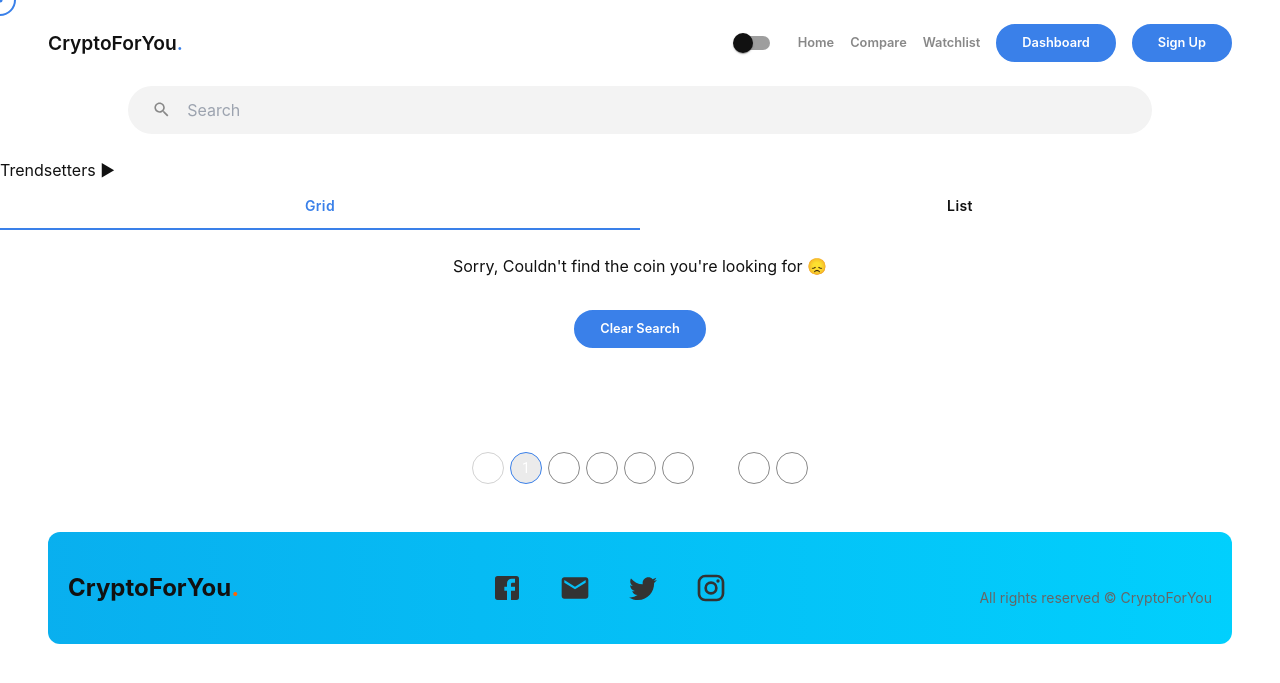
Repository: Pran2535/Prince
Page: /dashboard
The author's editor kept a copy of each file at every save. The page is drawn from the files as they stood at one save, then again after the next save.
The browser window is 1280 px wide. The pictures show the whole page.
The page's requests for data from a server got no answer. The project was rebuilt for these pictures with package versions that can differ from the ones it lists, and the page was loaded fresh each time. No one was signed in, and anything a server would have sent is missing. Also part of the build but not shown: src/components/CoinPage/Info/styles.css, src/components/CoinPage/Info/index.js, src/components/CoinPage/LineChart/index.js, src/components/CoinPage/SelectDays/styles.css, src/components/CoinPage/SelectDays/index.js, src/components/CoinPage/ToggleComponent/index.js, src/components/Common/Loader/styles.css, src/components/Dashboard/List/styles.css and 21 more. Imported but missing from the stored project, and not drawn on this page: src/components/Dashboard/Tabs/TrendSetter.

Above is the page before, as saved 2024-06-24 08:41:16.

### src/index.css
@tailwind base;
@tailwind components;
@tailwind utilities;

@import url("https://fonts.googleapis.com/css2?family=Inter:wght@100;200;300;500;600;700&display=swap");

:root {
  --white: #fff;
  --black: #111;
  --blue: #3a80e9;
  --grey: #888;
  --darkgrey: #1b1b1b;
  --green: #61c96f;
  --red: #f94141;
}

[data-theme="dark"] {
  --white: #ffffff;
  --black: #111;
  --grey: #888;
  --darkgrey: #1b1b1b;
}

[data-theme="light"] {
  --white: #111;
  --black: #fff;
  --grey: #888;
  --darkgrey: #f3f3f3;
}

html {
  scroll-behavior: smooth;
}

body {
  margin: 0;
  font-family: "Inter", sans-serif;
  -webkit-font-smoothing: antialiased;
  -moz-osx-font-smoothing: grayscale;
  background-color: var(--black);

  overflow-x: hidden;
}

h1,
h2,
h3,
h4,
h5,
h6,
p,
span {
  color: var(--white);
}

::selection {
  background-color: var(--blue);
  color: var(--white);
}

::-webkit-scrollbar {
  width: 0.3rem;
}

::-webkit-scrollbar-track {
  background-color: var(--black);
}

::-webkit-scrollbar-thumb {
  background: var(--blue);
  border-radius: 10px;
}

img {
  -webkit-user-drag: none;
  -khtml-user-drag: none;
  -moz-user-drag: none;
  -o-user-drag: none;
}

a {
  text-decoration: none;
  color: var(--white) !important;
}

.cursor {
  position: fixed;
  transform: translateX(-50%) translateY(-50%);
  pointer-events: none;
  background-color: var(--blue);
  z-index: 10000;
  border: 2px solid var(--blue);
  height: 0.3rem;
  width: 0.3rem;
  border-radius: 50%;
  transition: all 200ms ease-out;
}

.cursor-pointer {
  position: fixed;
  transform: translateX(-50%) translateY(-50%);
  pointer-events: none;
  background-color: transparent;
  border-radius: 50%;
  z-index: 10000;
  border: 2px solid var(--blue);
  height: 2rem;
  width: 2rem;
  transition: all 400ms ease-out;
}

@media only screen and (max-width: 600px) {
  .cursor-pointer,
  .cursor {
    display: none;
  }
}

### src/App.js
import { createTheme, ThemeProvider } from "@mui/material";
import { BrowserRouter, Route, Routes } from "react-router-dom";
import "./App.css";
import Coin from "./pages/Coin";
import Compare from "./pages/Compare";
import Dashboard from "./pages/Dashboard";
import Home from "./pages/Home";
import Watchlist from "./pages/Watchlist";
import { ToastContainer, toast } from "react-toastify";
import "react-toastify/dist/ReactToastify.css";
import { useEffect } from "react";
import Signup from "./pages/Signup";

function App() {
  const theme = createTheme({
    palette: {
      primary: {
        main: "#3a80e9",
      },
    },
  });

  var cursor;
  var cursorPointer;

  useEffect(() => {
    cursor = document.getElementById("cursor");
    cursorPointer = document.getElementById("cursor-pointer");

    document.body.addEventListener("mousemove", function (e) {
      return (
        (cursor.style.left = e.clientX + "px"),
        (cursor.style.top = e.clientY + "px"),
        (cursorPointer.style.left = e.clientX + "px"),
        (cursorPointer.style.top = e.clientY + "px")
      );
    });

    document.body.addEventListener("mousedown", function (e) {
      return (
        (cursor.style.height = "0.5rem"),
        (cursor.style.width = "0.5rem"),
        (cursorPointer.style.height = "3rem"),
        (cursorPointer.style.width = "3rem")
      );
    });

    document.body.addEventListener("mouseup", function (e) {
      return (
        (cursor.style.height = "0.3rem"),
        (cursor.style.width = "0.3rem"),
        (cursorPointer.style.height = "2rem"),
        (cursorPointer.style.width = "2rem")
      );
    });
  }, []);

  return (
    <div className="App">
      <div className="cursor" id="cursor" />
      <div className="cursor-pointer" id="cursor-pointer" />
      <ToastContainer />
      <ThemeProvider theme={theme}>
        <BrowserRouter>
          <Routes>
            <Route path="/" element={<Home />} />
            <Route path="/dashboard" element={<Dashboard />} />
            <Route path="/coin/:id" element={<Coin />} />
            <Route path="/compare" element={<Compare />} />
            <Route path="/watchlist" element={<Watchlist />} />
            <Route path="/signup" element={<Signup />} />
          </Routes>
        </BrowserRouter>
      </ThemeProvider>
    </div>
  );
}

export default App;

### src/pages/Dashboard.js
import React, { useEffect, useState } from "react";
import axios from "axios";
import Header from "../components/Common/Header";
import Loader from "../components/Common/Loader";
import Search from "../components/Dashboard/Search";
import TabsComponent from "../components/Dashboard/Tabs";
import PaginationComponent from "../components/Dashboard/Pagination";
import TopButton from "../components/Common/TopButton";
import Footer from "../components/Common/Footer/footer";
import TrendSetter from "../components/Dashboard/TrendSetter";

function Dashboard() {
  const [coins, setCoins] = useState([]);
  const [loading, setLoading] = useState(false);
  const [search, setSearch] = useState("");
  const [page, setPage] = useState(1);
  const [paginatedCoins, setPaginatedCoins] = useState([]);
  const [bitcoin, setBitcoin] = useState(null);
  const [ethereum, setEthereum] = useState(null);
  const [solana, setSolana] = useState(null);

  useEffect(() => {
    getData();
  }, []);

  const getData = () => {
    setLoading(true);
    axios
      .get(
        "https://api.coingecko.com/api/v3/coins/markets?vs_currency=usd&order=market_cap_desc&per_page=100&page=1&sparkline=false"
      )
      .then((response) => {
        console.log("RESPONSE>>>", response.data);
        setCoins(response.data);
        setPaginatedCoins(response.data.slice(0, 10));

        // Filter out Bitcoin, Ethereum, and Solana
        const btc = response.data.find((coin) => coin.symbol === "btc");
        const eth = response.data.find((coin) => coin.symbol === "eth");
        const sol = response.data.find((coin) => coin.symbol === "sol");
        setBitcoin(btc);
        setEthereum(eth);
        setSolana(sol);

        setLoading(false);
      })
      .catch((error) => {
        console.log("ERROR>>>", error.message);
        setLoading(false);
      });
  };

  const handleChange = (e) => {
    setSearch(e.target.value);
    console.log(e.target.value);
  };

  const filteredCoins = coins.filter(
    (coin) =>
      coin.name.toLowerCase().includes(search.trim().toLowerCase()) ||
      coin.symbol.toLowerCase().includes(search.trim().toLowerCase())
  );

  const handlePageChange = (event, value) => {
    setPage(value);
    // Value = new page number
    var initialCount = (value - 1) * 10;
    setPaginatedCoins(coins.slice(initialCount, initialCount + 10));
  };

  return (
    <>
      <Header />
      {loading ? (
        <Loader />
      ) : (
        <>
          <Search search={search} handleChange={handleChange} />
          <TrendSetter bitcoin={bitcoin} ethereum={ethereum} solana={solana} />
          <TabsComponent
            coins={search ? filteredCoins : paginatedCoins}
            setSearch={setSearch}
          />
          {!search && (
            <PaginationComponent
              page={page}
              handlePageChange={handlePageChange}
            />
          )}
        </>
      )}
      <TopButton />
      <Footer />
    </>
  );
}

export default Dashboard;

### src/components/Common/Header/index.js
import React, { useEffect, useState } from "react";
import Button from "../Button";
import TemporaryDrawer from "./drawer";
import "./styles.css";
import Switch from "@mui/material/Switch";
import { toast } from "react-toastify";

function Header() {
  const [darkMode, setDarkMode] = useState(
    localStorage.getItem("theme") === "dark"
  );

  useEffect(() => {
    if (localStorage.getItem("theme") === "dark") {
      setDark();
    } else {
      setLight();
    }
  }, []);

  const changeMode = () => {
    if (localStorage.getItem("theme") !== "dark") {
      setDark();
    } else {
      setLight();
    }
    setDarkMode(!darkMode);
    toast.success("Theme Changed!");
  };

  const setDark = () => {
    localStorage.setItem("theme", "dark");
    document.documentElement.setAttribute("data-theme", "dark");
  };

  const setLight = () => {
    localStorage.setItem("theme", "light");
    document.documentElement.setAttribute("data-theme", "light");
  };

  return (
    <div className="header">
      <h1>
        CryptoForYou<span style={{ color: "var(--blue)" }}>.</span>
      </h1>
      <div className="links">
        <Switch checked={darkMode} onClick={changeMode} />
        <a href="/">
          <p className="link">Home</p>
        </a>
        <a href="/compare">
          <p className="link">Compare</p>
        </a>
        <a href="/watchlist">
          <p className="link">Watchlist</p>
        </a>
        <a href="/dashboard">
          <Button text={"Dashboard"} />
        </a>
        {/* Adding the sign-up button */}
        <a href="/signup">
          <Button text={"Sign Up"} />
        </a>
      </div>
      <div className="drawer-component">
        <TemporaryDrawer />
      </div>
    </div>
  );
}

export default Header;

### src/components/Dashboard/Tabs/index.js
import * as React from "react";
import Tab from "@mui/material/Tab";
import TabContext from "@mui/lab/TabContext";
import TabList from "@mui/lab/TabList";
import TabPanel from "@mui/lab/TabPanel";
import "./styles.css";
import Grid from "../Grid";
import List from "../List";
import { convertNumber } from "../../../functions/convertNumber";
import Button from "../../Common/Button";

export default function TabsComponent({ coins, setSearch }) {
  const [value, setValue] = React.useState("grid");

  const handleChange = (event, newValue) => {
    setValue(newValue);
  };

  const style = {
    color: "var(--white)",
    "& .Mui-selected": {
      color: "var(--blue) !important",
    },
    fontFamily: "Inter,sans-serif",
    fontWeight: 600,
    textTransform: "capitalize",
  };

  return (
    <TabContext value={value}>
      <div style={{ borderBottom: 1, borderColor: "divider" }}>
        <TabList onChange={handleChange} variant="fullWidth">
          <Tab label="Grid" value="grid" sx={style} />
          <Tab label="List" value="list" sx={style} />
        </TabList>
      </div>
      <TabPanel value="grid">
        <div className="grid-flex">
          {coins.length > 0 ? (
            coins.map((coin, i) => (
              <Grid coin={coin} key={i} delay={(i % 4) * 0.2} />
            ))
          ) : (
            <div>
              <h1 style={{ textAlign: "center" }}>
                Sorry, Couldn't find the coin you're looking for 😞
              </h1>
              <div
                style={{
                  display: "flex",
                  justifyContent: "center",
                  margin: "2rem",
                }}
              >
                <Button text="Clear Search" onClick={() => setSearch("")} />
              </div>
            </div>
          )}
        </div>
      </TabPanel>
      <TabPanel value="list">
        <table className="list-flex">
          {coins.length > 0 ? (
            coins.map((coin, i) => (
              <List coin={coin} key={i} delay={(i % 8) * 0.2} />
            ))
          ) : (
            <div>
              <h1 style={{ textAlign: "center" }}>
                Sorry, Couldn't find the coin you're looking for 😞
              </h1>
              <div
                style={{
                  display: "flex",
                  justifyContent: "center",
                  margin: "2rem",
                }}
              >
                <Button text="Clear Search" onClick={() => setSearch("")} />
              </div>
            </div>
          )}
        </table>
      </TabPanel>
    </TabContext>
  );
}

### src/components/Dashboard/Pagination/index.js
import React, { useState } from "react";
import "./styles.css";

import Pagination from "@mui/material/Pagination";

export default function PaginationControlled({ page, handlePageChange }) {
  return (
    <div className="pagination-div">
      <Pagination
        sx={{
          "& .MuiPaginationItem-text": {
            color: "#fff !important",
            border: "1px solid var(--grey)",
          },
          "& .MuiPaginationItem-text:hover": {
            backgroundColor: "transparent !important",
          },
          "& .Mui-selected  ": {
            backgroundColor: "var(--blue)",
            borderColor: "var(--blue)",
          },
          "& .MuiPaginationItem-ellipsis": {
            border: "none",
          },
        }}
        count={10}
        page={page}
        onChange={handlePageChange}
      />
    </div>
  );
}

### src/components/Common/TopButton/index.js
import React from "react";
import ExpandLessRoundedIcon from "@mui/icons-material/ExpandLessRounded";
function TopButton() {
  // Get the button
  let mybutton = document.getElementById("top-btn");

  // When the user scrolls down 20px from the top of the document, show the button
  window.onscroll = function () {
    scrollFunction();
  };

  function scrollFunction() {
    if (
      document.body.scrollTop > 500 ||
      document.documentElement.scrollTop > 500
    ) {
      mybutton.style.display = "flex";
    } else {
      mybutton.style.display = "none";
    }
  }
  return (
    <div
      className="top-btn"
      id="top-btn"
      onClick={() => {
        document.body.scrollTop = 0;
        document.documentElement.scrollTop = 0;
      }}
    >
      <ExpandLessRoundedIcon />
    </div>
  );
}

export default TopButton;

### src/components/Common/Footer/footer.js
import React from "react";
import "./styles.css";
import FacebookIcon from "@mui/icons-material/Facebook";
import EmailIcon from "@mui/icons-material/Email";
import TwitterIcon from "@mui/icons-material/Twitter";
import InstagramIcon from "@mui/icons-material/Instagram";

function Footer() {
  function topFunction() {
    document.body.scrollTop = 0;
    document.documentElement.scrollTop = 0;
  }

  return (
    <div className="footer">
      <h2 className="logo" onClick={() => topFunction()}>
        CryptoForYou<span>.</span>
      </h2>
      <div className="social-links">
        <a href="https://facebook.com">
          <FacebookIcon className="social-link" />
        </a>
        <a href="mailto:Pranav1256kam@gmail.com">
          <EmailIcon className="social-link" />
        </a>
        <a href="https://www.twitter.com">
          <TwitterIcon className="social-link" />
        </a>
        <a href="https://www.instagram.com">
          <InstagramIcon className="social-link" />
        </a>
      </div>
      <p className="footer-text text-white ">
        All rights reserved © CryptoForYou
      </p>
    </div>
  );
}

export default Footer;

### src/components/Dashboard/TrendSetter.js
import React from "react";
import CustomCardComponent from "./CustomCard";
function TrendSetter() {
  // Example coin data
  const trendsettersCoins = [
    {
      id: "bitcoin",
      name: "Bitcoin",
      current_price: 50000,
    },
    {
      id: "ethereum",
      name: "Ethereum",
      current_price: 3000,
    },
    {
      id: "solana",
      name: "Solana",
      current_price: 100,
    },
  ];

  return (
    <div className="dashboard">
      <CustomCardComponent cardName="Trendsetters" coins={trendsettersCoins} />
    </div>
  );
}

export default TrendSetter;

### src/components/Common/Button/styles.css
.btn {
  background-color: var(--blue);
  padding: 0.45rem 1.5rem;
  border-radius: 3rem;
  font-weight: 600;
  font-size: 0.8rem;
  text-transform: capitalize;
  cursor: pointer;
  border: 2px solid var(--blue);
  text-align: center;
  min-width: 80px;
  color: white;
}

.btn:hover {
  box-shadow: 2px 2px 10px rgba(58, 128, 233, 0.5);
  transition: all 0.5s ease-in-out;
}

.btn-outlined {
  text-align: center;
  background-color: var(--black);
  padding: 0.45rem 1.5rem;
  border-radius: 3rem;
  font-weight: 600;
  font-size: 0.8rem;
  text-transform: capitalize;
  cursor: pointer;
  border: 2px solid var(--blue);
  min-width: 80px;
  color: var(--white);
}

.btn-outlined:hover {
  background-color: var(--blue);
  transition: all 0.3s;
}

@media only screen and (max-width: 800px) {
  .btn,
  .btn-outlined {
    font-size: 0.8rem;
  }
}

### src/components/Common/Header/drawer.js
import React, { useEffect, useState } from "react";
import Drawer from "@mui/material/Drawer";
import MenuRoundedIcon from "@mui/icons-material/MenuRounded";
import { IconButton } from "@mui/material";
import Switch from "@mui/material/Switch";
import { toast } from "react-toastify";

export default function TemporaryDrawer() {
  const [open, setOpen] = useState(false);
  const [darkMode, setDarkMode] = useState(
    localStorage.getItem("theme") === "dark"
  );

  useEffect(() => {
    if (localStorage.getItem("theme") === "dark") {
      setDark();
    } else {
      setLight();
    }
  }, []);

  const changeMode = () => {
    if (localStorage.getItem("theme") !== "dark") {
      setDark();
    } else {
      setLight();
    }
    setDarkMode(!darkMode);
    toast.success("Theme Changed!");
  };

  const setDark = () => {
    localStorage.setItem("theme", "dark");
    document.documentElement.setAttribute("data-theme", "dark");
  };

  const setLight = () => {
    localStorage.setItem("theme", "light");
    document.documentElement.setAttribute("data-theme", "light");
  };

  return (
    <div>
      <IconButton onClick={() => setOpen(true)}>
        <MenuRoundedIcon className="link" />
      </IconButton>
      <Drawer anchor="right" open={open} onClose={() => setOpen(false)}>
        <div className="drawer-div">
          <a href="/">
            <p className="link">Home</p>
          </a>
          <a href="/compare">
            <p className="link">Compare</p>
          </a>
          <a href="/watchlist">
            <p className="link">Watchlist</p>
          </a>
          <a href="/dashboard">
            <p className="link">Dashboard</p>
          </a>
          <a href="/signup">
            <p className="link">Sign Up</p>
          </a>
          <Switch checked={darkMode} onClick={changeMode} />
        </div>
      </Drawer>
    </div>
  );
}

### src/components/Common/Header/styles.css
.header {
  display: flex;
  justify-content: space-between;
  align-items: center;
  padding: 1.5rem 3rem;
  position: sticky;
  top: 0;
  background-color: var(--black);
  z-index: 1000;
}

.header h1 {
  font-size: 1.2rem;
  margin: 0rem;
  font-weight: 600;
}

.links {
  display: flex;
  justify-content: flex-end;
  align-items: center;
  gap: 1rem;
}

.link {
  font-size: 0.8rem;
  color: var(--grey);
  font-weight: 600;
  cursor: pointer;
}

.link:hover {
  color: var(--white);
  transform: all 0.3s;
}

.drawer-component {
  display: none;
}

@media only screen and (max-width: 800px) {
  .links {
    display: none;
  }

  .drawer-component {
    display: block;
  }

  .header {
    padding: 0.5rem 1.5rem;
  }

  .drawer-div {
    width: 40vw;
    background-color: var(--black);
    height: 100vh;
    padding: 0.5rem 1.5rem;
  }
}

### src/components/Common/Footer/styles.css
.footer {
  display: flex;
  justify-content: space-between;
  align-items: center;
  padding: 1rem;
  margin: 3rem;
  height: auto;
  border-radius: 0.75rem;
  background: linear-gradient(
    90deg,
    rgba(2, 0, 36, 1) 0%,
    rgba(31, 83, 198, 1) 0%,
    rgba(0, 212, 255, 1) 100%
  );
  background-size: 400% 400%;
  animation: gradient 15s ease infinite;
}

.footer h2 {
  cursor: pointer;
}

.social-links {
  display: flex;
  justify-content: flex-end;
  align-items: center;
  gap: 1rem;
}

.social-link {
  color: var(--white);
  font-size: 2rem !important;
  transition: all 0.2s ease-in-out !important;
}

.social-link:hover {
  transform: scale(1.2);
}

@keyframes gradient {
  0% {
    background-position: 0% 50%;
  }
  50% {
    background-position: 100% 50%;
  }
  100% {
    background-position: 0% 50%;
  }
}

@media only screen and (max-width: 800px) {
  .footer {
    margin: 1.5rem 0.5rem;
    margin-bottom: 6rem;
  }

  .footer h2 {
    font-size: 1rem;
  }

  .social-links {
    gap: 0.5rem;
  }
  .social-link {
    font-size: 1rem !important;
  }
}
.footer {
  padding: 20px;
  background-color: #f1f1f1;
  text-align: center;
}

.logo {
  cursor: pointer;
  font-size: 24px;
  font-weight: bold;
}

.logo span {
  color: #ff6600;
}

.social-links {
  margin: 20px 0;
}

.social-link {
  margin: 0 10px;
  color: #333;
  font-size: 24px;
  transition: color 0.3s;
}

.social-link:hover {
  color: #ff6600;
}

.footer-text {
  margin-top: 20px;
  font-size: 14px;
  color: #666;
}

### src/components/Dashboard/CustomCard.js
// components/Dashboard/CustomCardComponent.js
import React, { useState } from "react";
import { useNavigate } from "react-router-dom";
import "./CustomCardComponent.css"; // Make sure to create this CSS file

function CoinCard({ coin }) {
  const navigate = useNavigate();

  const handleClick = (e) => {
    e.stopPropagation(); // Prevent triggering parent's onClick
    navigate(`/coin/${coin.id}`);
  };

  return (
    <div className="outer" onClick={handleClick}>
      <div className="dot"></div>
      <div className="card">
        <div className="ray"></div>
        <div className="text">{coin.current_price.toLocaleString()}</div>
        <div>{coin.name}</div>
        <div className="line topl"></div>
        <div className="line leftl"></div>
        <div className="line bottoml"></div>
        <div className="line rightl"></div>
      </div>
    </div>
  );
}

function CustomCardComponent({ cardName, coins }) {
  const [isExpanded, setIsExpanded] = useState(false);

  const toggleExpand = () => {
    setIsExpanded(!isExpanded);
  };

  return (
    <div className="custom-card-wrapper">
      <div className="custom-card-header" onClick={toggleExpand}>
        <h2>
          {cardName} {isExpanded ? "▼" : "▶"}
        </h2>
      </div>
      {isExpanded && (
        <div className="custom-card-content">
          {coins.map((coin, index) => (
            <CoinCard key={index} coin={coin} />
          ))}
        </div>
      )}
    </div>
  );
}

export default CustomCardComponent;

Loaded but not shown: public/index.html (common file); src/index.js (common file); src/App.css (common file); src/components/Common/Button/index.js (common file); src/components/Common/Loader/index.js (common file); src/components/Dashboard/Search/index.js (common file); src/functions/convertNumber.js (common file); src/components/Dashboard/Search/styles.css (common file); src/components/Dashboard/Tabs/styles.css (common file); src/components/Dashboard/Pagination/styles.css (common file); tailwind.config.js (common file)

After the next save:
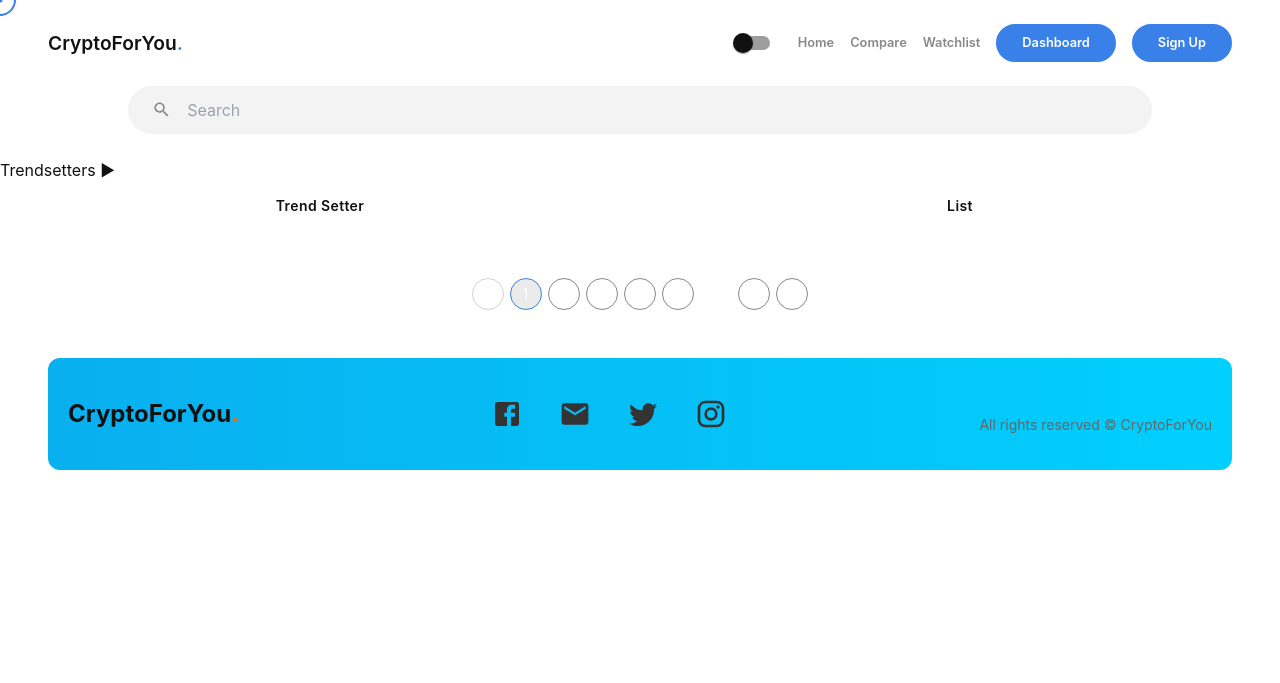
Saved 39 min 37 s later.
--- a/src/components/Dashboard/Tabs/index.js
+++ b/src/components/Dashboard/Tabs/index.js
@@ -4,12 +4,18 @@ import TabContext from "@mui/lab/TabContext";
 import TabList from "@mui/lab/TabList";
 import TabPanel from "@mui/lab/TabPanel";
 import "./styles.css";
-import Grid from "../Grid";
 import List from "../List";
 import { convertNumber } from "../../../functions/convertNumber";
 import Button from "../../Common/Button";
+import TrendSetter from "./TrendSetter"; // Adjust the path as needed
 
-export default function TabsComponent({ coins, setSearch }) {
+export default function TabsComponent({
+  coins,
+  setSearch,
+  bitcoin,
+  ethereum,
+  solana,
+}) {
   const [value, setValue] = React.useState("grid");
 
   const handleChange = (event, newValue) => {
@@ -30,33 +36,12 @@ export default function TabsComponent({ coins, setSearch }) {
     <TabContext value={value}>
       <div style={{ borderBottom: 1, borderColor: "divider" }}>
         <TabList onChange={handleChange} variant="fullWidth">
-          <Tab label="Grid" value="grid" sx={style} />
+          <Tab label="Trend Setter" value="trendsetter" sx={style} />
           <Tab label="List" value="list" sx={style} />
         </TabList>
       </div>
-      <TabPanel value="grid">
-        <div className="grid-flex">
-          {coins.length > 0 ? (
-            coins.map((coin, i) => (
-              <Grid coin={coin} key={i} delay={(i % 4) * 0.2} />
-            ))
-          ) : (
-            <div>
-              <h1 style={{ textAlign: "center" }}>
-                Sorry, Couldn't find the coin you're looking for 😞
-              </h1>
-              <div
-                style={{
-                  display: "flex",
-                  justifyContent: "center",
-                  margin: "2rem",
-                }}
-              >
-                <Button text="Clear Search" onClick={() => setSearch("")} />
-              </div>
-            </div>
-          )}
-        </div>
+      <TabPanel value="trendsetter">
+        <TrendSetter bitcoin={bitcoin} ethereum={ethereum} solana={solana} />
       </TabPanel>
       <TabPanel value="list">
         <table className="list-flex">
